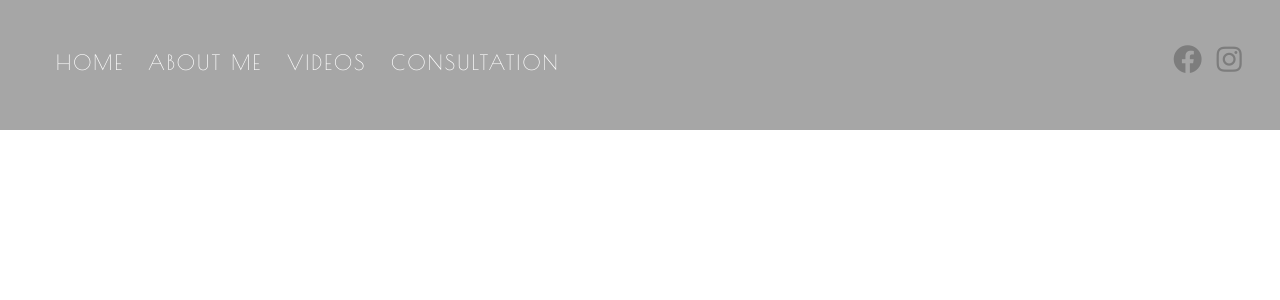
Repository: Aleksandre19/cv-ucmp
Page: index.html
The author's editor kept a record of every edit. The page is drawn from the files as they stood at one moment, then again after the next edit.
The browser window is 1280 px wide. The pictures show the whole page.
Some web libraries are served in a nearby version.

Above is the page before.

After the next edit:
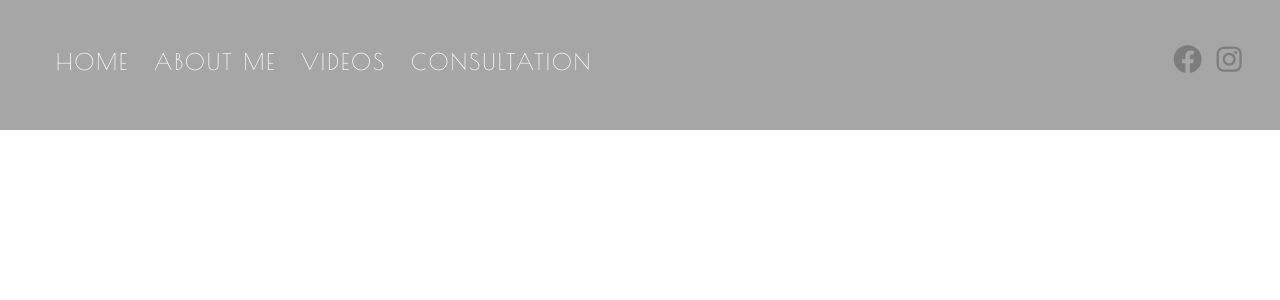
The edit:
--- a/assets/css/style.css
+++ b/assets/css/style.css
@@ -115,7 +115,7 @@
 
 @media (min-width: 376px){ /* Adjusting menu links size after mobile  */
     .main-menu li a{
-       font-size: 1.3em;
+       font-size: 1.414em;
      }
 
      .social-links a{ /* Adjusting social links size on tablet and mobile */
